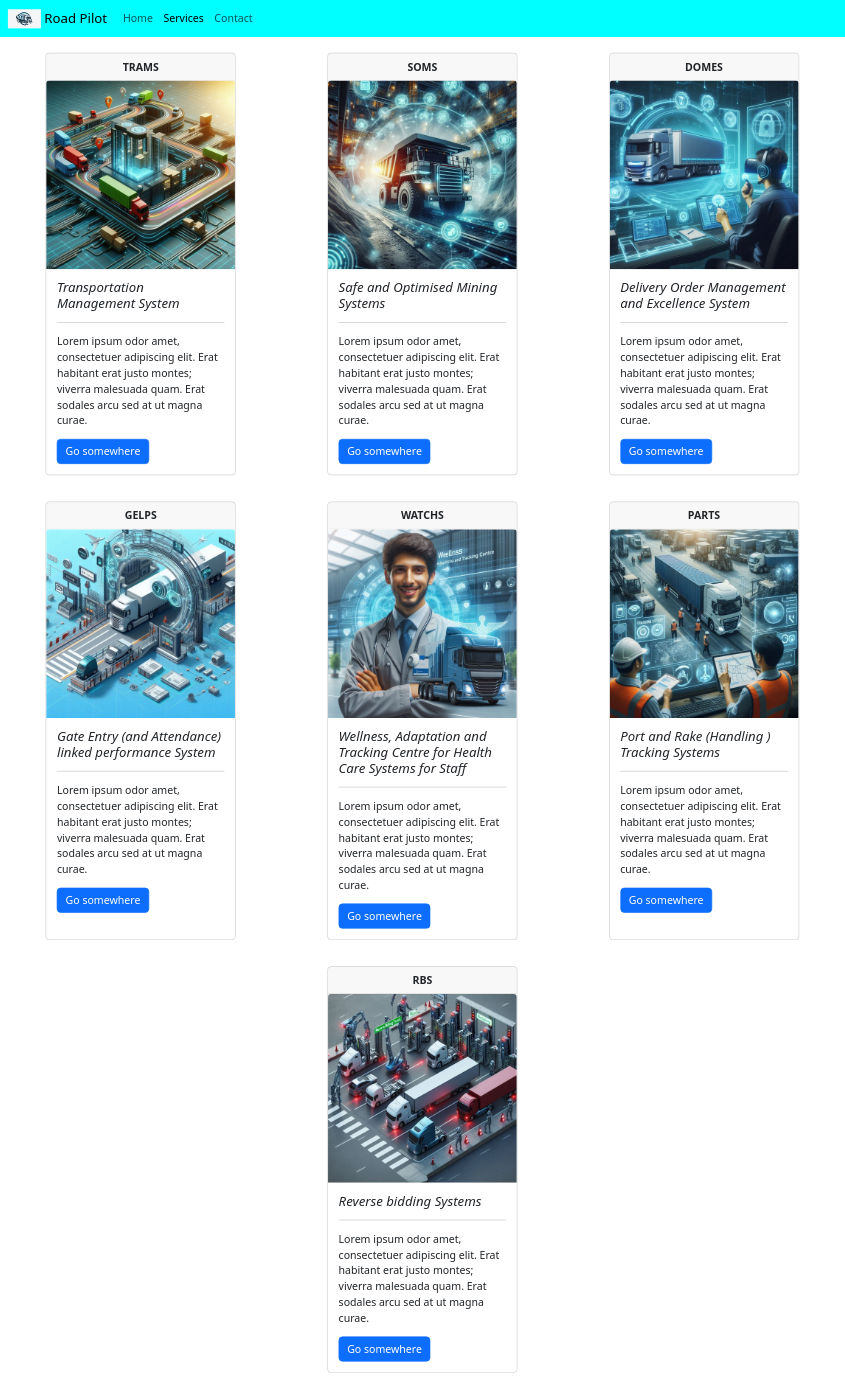
Repository: VictoriousMango/WebCreator
Page: pages/Services.html
These files come from the project's save history. The page is drawn as it stood at one moment and after the next save; the edit follows.
The browser window is 1280 px wide. The pictures show the whole page, at 66% of full size.

Above is the page before, as saved 2024-11-09 12:15:44.

### pages/Services.html
<!DOCTYPE html>
<html lang="en">

<head>
    <meta charset="UTF-8">
    <meta name="viewport" content="width=device-width, initial-scale=1.0">
    <title>Web Creator</title>
    <link href="https://cdn.jsdelivr.net/npm/bootstrap@5.3.3/dist/css/bootstrap.min.css" rel="stylesheet"
        integrity="sha384-QWTKZyjpPEjISv5WaRU9OFeRpok6YctnYmDr5pNlyT2bRjXh0JMhjY6hW+ALEwIH" crossorigin="anonymous">
    <link rel="stylesheet" href="../assets/css/services.css">
</head>

<body>
    <!-- Navbar -->
    <nav class="navbar navbar-expand-lg">
        <div class="container-fluid">
            <a class="navbar-brand" href="#">
                <img src="../assets/images/Logo.png" alt="Logo" width="50px" class="d-inline-block align-text-top">
                Road Pilot
            </a>
            <button class="navbar-toggler" type="button" data-bs-toggle="collapse" data-bs-target="#navbarNav"
                aria-controls="navbarNav" aria-expanded="false" aria-label="Toggle navigation">
                <span class="navbar-toggler-icon"></span>
            </button>
            <div class="collapse navbar-collapse" id="navbarNav">
                <ul class="navbar-nav">
                    <li class="nav-item">
                        <a class="nav-link" href="../">Home</a>
                    </li>
                    <li class="nav-item">
                        <a class="nav-link active" aria-current="page" href="#">Services</a>
                    </li>
                    <li class="nav-item">
                        <a class="nav-link" href="./contact.html">Contact</a>
                    </li>
                </ul>
            </div>
        </div>
    </nav>
    <!-- NavBar -->
    <!-- Solutions/Softwares we may provide
            *Transportation Management System (TRAMS)
            *Safe and Optimised Mining Systems (SOMS)
            *Delivery Order Management and Excellence System (DOMES)
            *Gate Entry (and Attendance) linked performance System (GELPS)
            *Wellness ,Adaptation and Tracking Centre for Health Care Systems for Staff(WATCHS)
            *Port and Rake (Handling ) Tracking Systems(PARTS)
            *Reverse bidding Systems
    -->
    <div class="services">
        <!-- TRAMS -->
        <div class="card" style="width: 18rem;">
            <div class="card-header">
                <b>TRAMS</b>
            </div>
            <img src="../assets/images/TRAMS.png" class="card-img-top" alt="...">
            <div class="card-body">
                <h5 class="card-title"><i>Transportation Management System</i></h5>
                <hr>
                <p class="card-text">Lorem ipsum odor amet, consectetuer adipiscing elit. Erat habitant erat justo montes; viverra malesuada quam. Erat sodales arcu sed at ut magna curae.</p>
                <a href="#" class="btn btn-primary">Go somewhere</a>
            </div>
        </div>
        <!-- SOMS -->
        <div class="card" style="width: 18rem;">
            <div class="card-header">
                <b>SOMS</b>
            </div>
            <img src="../assets/images/SOMS.png" class="card-img-top" alt="...">
            <div class="card-body">
                <h5 class="card-title"><i>Safe and Optimised Mining Systems</i></h5>
                <hr>
                <p class="card-text">Lorem ipsum odor amet, consectetuer adipiscing elit. Erat habitant erat justo montes; viverra malesuada quam. Erat sodales arcu sed at ut magna curae.</p>
                <a href="#" class="btn btn-primary">Go somewhere</a>
            </div>
        </div>
        <!-- DOMES -->
        <div class="card" style="width: 18rem;">
            <div class="card-header">
                <b>DOMES</b>
            </div>
            <img src="../assets/images/DOMES.png" class="card-img-top" alt="...">
            <div class="card-body">
                <h5 class="card-title"><i>Delivery Order Management and Excellence System</i></h5>
                <hr>
                <p class="card-text">Lorem ipsum odor amet, consectetuer adipiscing elit. Erat habitant erat justo montes; viverra malesuada quam. Erat sodales arcu sed at ut magna curae.</p>
                <a href="#" class="btn btn-primary">Go somewhere</a>
            </div>
        </div>
        <!-- GELPS -->
        <div class="card" style="width: 18rem;">
            <div class="card-header">
                <b>GELPS</b>
            </div>
            <img src="../assets/images/GELPS.png" class="card-img-top" alt="...">
            <div class="card-body">
                <h5 class="card-title"><i>
                    Gate Entry (and Attendance) linked performance System
                </i></h5>
                <hr>
                <p class="card-text">Lorem ipsum odor amet, consectetuer adipiscing elit. Erat habitant erat justo montes; viverra malesuada quam. Erat sodales arcu sed at ut magna curae.</p>
                <a href="#" class="btn btn-primary">Go somewhere</a>
            </div>
        </div>
        <!-- WATCHS -->
        <div class="card" style="width: 18rem;">
            <div class="card-header">
                <b>WATCHS</b>
            </div>
            <img src="../assets/images/WATCHS.png" class="card-img-top" alt="...">
            <div class="card-body">
                <h5 class="card-title"><i>Wellness, Adaptation and Tracking Centre for Health Care Systems for Staff</i></h5>
                <hr>
                <p class="card-text">Lorem ipsum odor amet, consectetuer adipiscing elit. Erat habitant erat justo montes; viverra malesuada quam. Erat sodales arcu sed at ut magna curae.</p>
                <a href="#" class="btn btn-primary">Go somewhere</a>
            </div>
        </div>
        <!-- PARTS -->
        <div class="card" style="width: 18rem;">
            <div class="card-header">
                <b>PARTS</b>
            </div>
            <img src="../assets/images/PARTS.png" class="card-img-top" alt="...">
            <div class="card-body">
                <h5 class="card-title"><i>Port and Rake (Handling ) Tracking Systems</i></h5>
                <hr>
                <p class="card-text">Lorem ipsum odor amet, consectetuer adipiscing elit. Erat habitant erat justo montes; viverra malesuada quam. Erat sodales arcu sed at ut magna curae.</p>
                <a href="#" class="btn btn-primary">Go somewhere</a>
            </div>
        </div>
        <!-- RBS -->
        <div class="card" style="width: 18rem;">
            <div class="card-header">
                <b>RBS</b>
            </div>
            <img src="../assets/images/RBS.png" class="card-img-top" alt="...">
            <div class="card-body">
                <h5 class="card-title"><i>Reverse bidding Systems</i></h5>
                <hr>
                <p class="card-text">Lorem ipsum odor amet, consectetuer adipiscing elit. Erat habitant erat justo montes; viverra malesuada quam. Erat sodales arcu sed at ut magna curae.</p>
                <a href="#" class="btn btn-primary">Go somewhere</a>
            </div>
        </div>
    </div>


    <!-- Scripts -->
    <script src="https://cdn.jsdelivr.net/npm/bootstrap@5.3.3/dist/js/bootstrap.bundle.min.js"
        integrity="sha384-YvpcrYf0tY3lHB60NNkmXc5s9fDVZLESaAA55NDzOxhy9GkcIdslK1eN7N6jIeHz"
        crossorigin="anonymous"></script>
    <script src="https://cdn.jsdelivr.net/npm/@popperjs/core@2.11.8/dist/umd/popper.min.js"
        integrity="sha384-I7E8VVD/ismYTF4hNIPjVp/Zjvgyol6VFvRkX/vR+Vc4jQkC+hVqc2pM8ODewa9r"
        crossorigin="anonymous"></script>
    <script src="https://cdn.jsdelivr.net/npm/bootstrap@5.3.3/dist/js/bootstrap.min.js"
        integrity="sha384-0pUGZvbkm6XF6gxjEnlmuGrJXVbNuzT9qBBavbLwCsOGabYfZo0T0to5eqruptLy"
        crossorigin="anonymous"></script>
</body>

</html>

### assets/css/services.css
.navbar {
    background-color: rgb(0, 255, 255);
    position: fixed; /* Make the navbar fixed */
    top: 0; /* Stick to the top */
    width: 100%; /* Full width */
    z-index: 1000; /* Ensure it stays above other content */
}

.services {
    padding-top: 60px;
    display: flex;
    flex-wrap: wrap;
    justify-content: space-around;
}

.card {
    width: 200px;
    margin: 20px;
}

.card:hover {
    transform: scale(1.05);
    transition: ease-in-out;
    box-shadow: 0 0 20px rgba(0, 217, 255, 0.7); /* Change the color and intensity as needed */
}

.card-header {
    display: flex;
    justify-content: center;
}

After the next save:
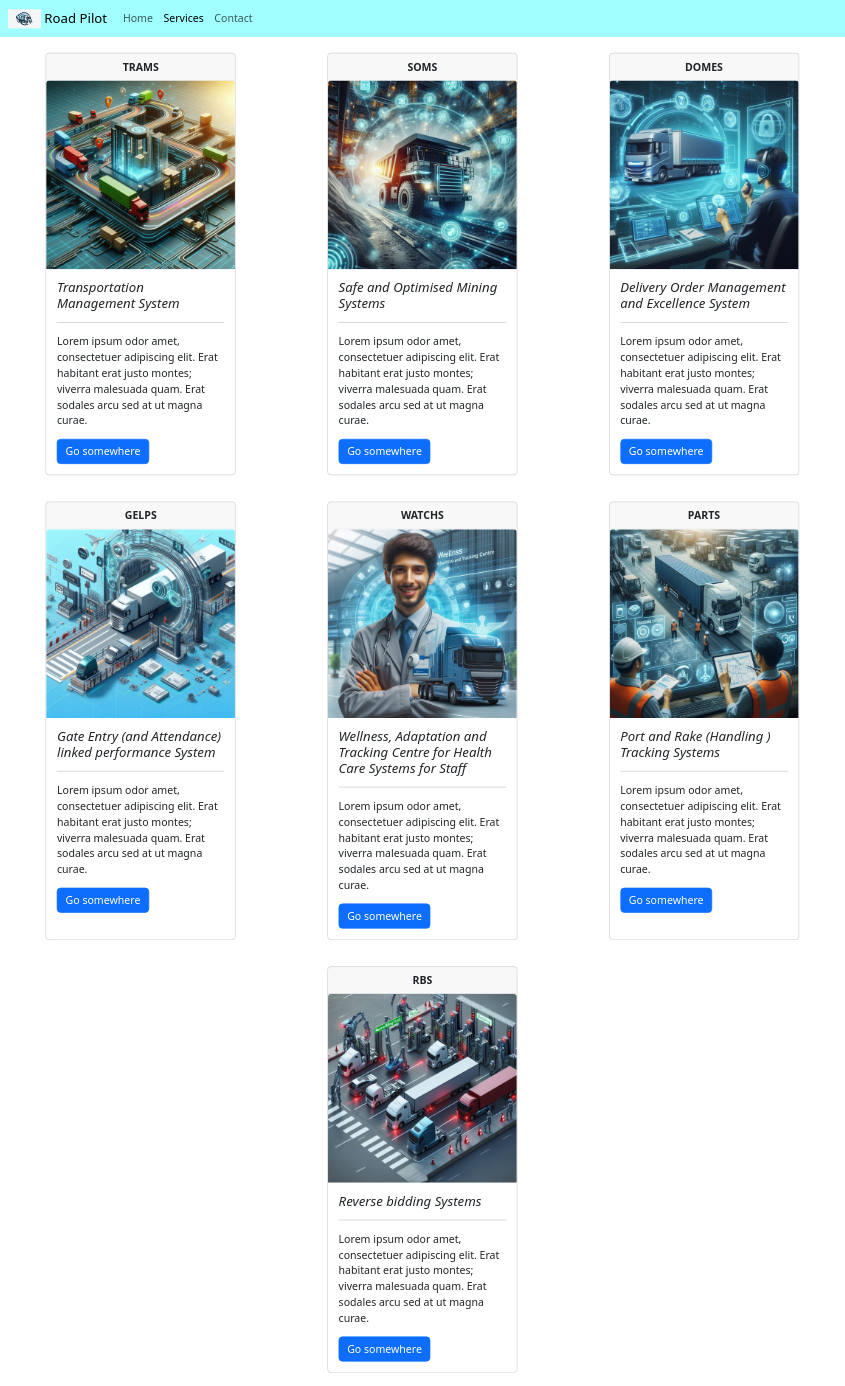
Saved 6 s later.
--- a/assets/css/services.css
+++ b/assets/css/services.css
@@ -1,5 +1,5 @@
 .navbar {
-    background-color: rgb(0, 255, 255);
+    background-color: rgb(161, 255, 255);
     position: fixed; /* Make the navbar fixed */
     top: 0; /* Stick to the top */
     width: 100%; /* Full width */
